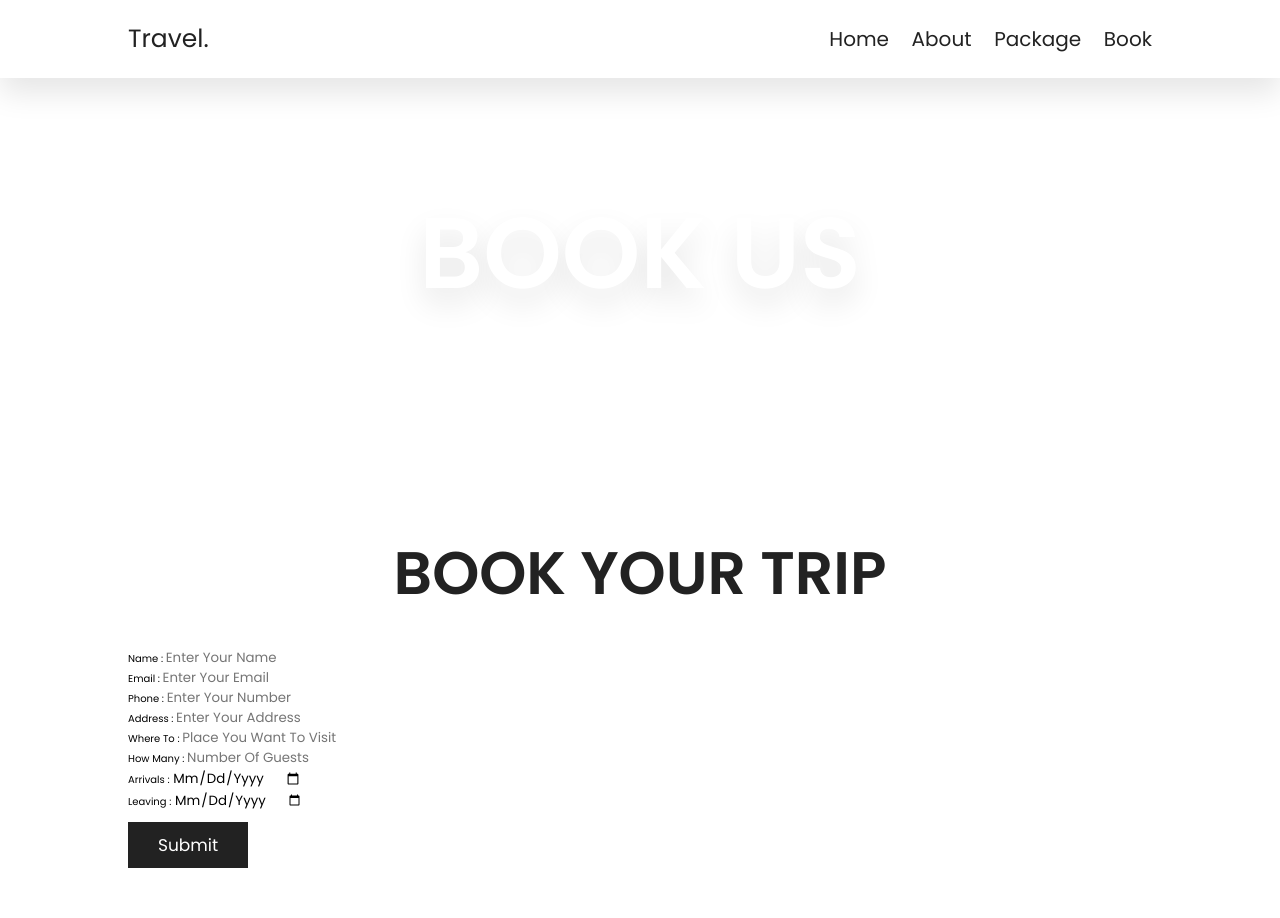
Repository: CTCuong/Traveloka-Web
Page: assets/book.html
An editor plug-in stored every save of this project. The page is shown before and after the next save, followed by the edit.
The browser window is 1280 px wide. The pictures show the part of the page from y = 0 to 918 px (the page is 1564 px tall before and 1604 px after).
Pictures or frames that could not be fetched are drawn as grey boxes. Backgrounds fixed to the window are drawn as part of the page.

Above is the page before, as saved 2023-07-08 15:42:28.
Console error: TypeError: Cannot set properties of null (setting 'onclick')

### assets/book.html
<!DOCTYPE html>
<html lang="en">
<head>
    <meta charset="UTF-8">
    <meta name="viewport" content="width=device-width, initial-scale=1.0">
    <title>Book</title>
    <!--swiper css-->
    <link rel="stylesheet"href="https://cdn.jsdelivr.net/npm/swiper@9/swiper-bundle.min.css"/>
    <!--font awesome link-->
    <link rel="stylesheet" href="https://cdnjs.cloudflare.com/ajax/libs/font-awesome/6.4.0/css/all.min.css">
    <!-- css file link -->
    <link rel="stylesheet" href="/assets/css/style.css">
</head>
<body>
    <!-- header section starts -->
    <section class="header">
        <a href="home.html" class="logo">travel.</a>

        <nav class="navbar">
            <a href="home.html">Home</a>
            <a href="about.html">About</a>
            <a href="package.html">Package</a>
            <a href="book.html">Book</a>

        </nav>

        <div id="menu-btn" class="fas fa-bars"></div>
    </section>
    <!-- header section ends -->

    <div class="heading" style="background: url() no-repeat;">
        <h1>book us</h1>
    </div>

    <!--book section starts-->

    <section class="booking">

        <h1 class="heading-title">book your trip</h1>

        <form action="book_form.html" method="post" class="book-form">

            <div class="flex">
                <div class="inputBox">
                    <span>name :</span>
                    <input type="text" placeholder="enter your name" name="name">
                </div>
            </div>

            <div class="inputBox">
                <span>email :</span>
                <input type="email" placeholder="enter your email" name="email">
            </div>

            <div class="inputBox">
                <span>phone :</span>
                <input type="number" placeholder="enter your number" name="number">
            </div>

            <div class="inputBox">
                <span>address :</span>
                <input type="text" placeholder="enter your address" name="address">
            </div>

            <div class="inputBox">
                <span>where to :</span>
                <input type="text" placeholder="place you want to visit" name="location">
            </div>

            <div class="inputBox">
                <span>how many :</span>
                <input type="number" placeholder="number of guests" name="guests">
            </div>

            <div class="inputBox">
                <span>arrivals :</span>
                <input type="date" name="arrivals">
            </div>

            <div class="inputBox">
                <span>leaving :</span>
                <input type="date" name="leaving">
            </div>

            <input type="submit" value="submit" class="btn" name ="send">
        </form>
    </section>
    <!--book section ends-->


    <!-- footer section starts -->

    <section class="footer">
        <div class="box-container">

            <div class="box">
                <h3>quick links</h3>
                <a href="home.html"><i class="fas fa-angle-right"></i>Home</a>
                <a href="about.html"><i class="fas fa-angle-right"></i>About</a>
                <a href="package.html"><i class="fas fa-angle-right"></i>Package</a>
                <a href="book.html"><i class="fas fa-angle-right"></i>Book</a>
            </div>

            <div class="box">
                <h3>extra links</h3>
                <a href="#"><i class="fas fa-angle-right"></i> ask question</a>
                <a href="#"><i class="fas fa-angle-right"></i> about us</a>
                <a href="#"><i class="fas fa-angle-right"></i> privacy policy</a>
                <a href="#"><i class="fas fa-angle-right"></i> terms of use</a>
            </div>

            <div class="box">
                <h3>contract info</h3>
                <a href="#"><i class="fas fa-phone"></i> +84 098-326-789 </a>
                <a href="#"><i class="fas fa-phone"></i> +84 023-908-7865 </a>
                <a href="#"><i class="fas fa-envelope"></i> travekhanas@gmail.com </a>
                <a href="#"><i class="fas fa-map"></i> HaNoi, VietNam   </a>
            </div>

            <div class="box">
                <h3>follow us</h3>
                <a href="#"><i class="fab fa-facebook"></i> facebook </a>
                <a href="#"><i class="fab fa-twitter"></i> twitter </a>
                <a href="#"><i class="fab fa-instagram"></i> instagram </a>
                <a href="#"><i class="fab fa-telegram"></i> telegram </a>
            </div>

        </div>

        <div class="credit"> created by <span>mr. Cao Tran Cuong</span> | all rights reserved! </div>
    </section>
    <!-- footer section ends -->

    <!--swiper js-->
    <script src="https://cdn.jsdelivr.net/npm/swiper@9/swiper-bundle.min.js"></script>
    <!-- js file link -->
    <script src="/assets/js/scrip.js"></script>
</body>
</html>

### assets/css/style.css
@import url('https://fonts.googleapis.com/css2?family=Poppins:ital,wght@0,100;0,200;0,300;0,400;0,500;0,600;1,100;1,200;1,300;1,400;1,500;1,600&display=swap');

:root {
    --main-color:#6A5AF9;
    --black:#222;
    --white: #fff;
    --light-black:#777;
    --light-white:#fff9;
    --drak-bg:rgba(0,0,0,.7);
    --light-bg:#eee;
    --border: .1rem solid #222;
    --text-shadow:0 1.5rem 3rem rgba(0,0,0,.3);
    --box-shadow:0 1.5rem 3rem rgba(0,0,0,.1);
}
* {
    font-family: 'Poppins', sans-serif;
    margin: 0; padding: 0;
    outline: none;border: none;
    box-sizing: border-box;
    text-decoration: none;
    text-transform: capitalize;

}

html {
    font-size: 62.5%;
    overflow-x: hidden;
}

html::-webkit-scrollbar {
    width : 1rem;
}

html::-webkit-scrollbar-track {
    background-color: var(--white);
}

html::-webkit-scrollbar-thumb {
    background-color: var(--main-color);
}
section {
    padding: 5rem 10%;
}
.header {
    position: sticky;
    top:0; left: 0; right: 0;
    z-index: 1000;
    background-color: var(--white);
    display: flex;
    padding-top: 2rem;
    padding-bottom: 2rem;
    box-shadow: var(--box-shadow);
    align-items: center;
    justify-content:space-between;
}

.header .logo {
    font-size: 2.5rem;
    color: var(--black);
}

.header .navbar a {
    font-size: 2rem;
    margin-left: 2rem;
    color: var(--black);
}

#menu-btn {
    font-size: 2.5rem;
    color: var(--black);
    cursor: pointer;
    display: none;
}

.home {
    padding: 0;
}

.home .slide {
    text-align: center;
    padding: 2rem;
    display: flex;
    align-items: center;
    justify-content: center;
    background-size: cover !important;
    background-position: center !important;
    min-height: 60rem;
}

.home .slide .content {
    width: 85rem;
    display: none;
}

.home .swiper-slide-active .content {
    display: inline-block;
}

.home .slide .content span {
    display: block;
    font-size: 2.2rem;
    color: var(--light-white);
    padding-bottom: 1rem;
    animation:fadeIn .4s linear backwards .2s;
}

.home .slide .content h3 {
    font-size: 6vw;
    color: var(--white);
    text-transform: uppercase;
    line-height: 1;
    text-shadow: var(--text-shadow);
    padding: 1rem 0;
    animation:fadeIn .4s linear backwards .4s;
}

.home .slide .content .btn {
    animation:fadeIn .4s linear backwards .6s;
}


@keyframes fadeIn {
    0% {
        transform: scale(0);
        opacity: 0;
    }
}


.heading {
    background-size: cover !important;
    background-position: center !important;
    padding-top: 10rem;
    padding-bottom: 15rem;
    display: flex;
    align-items: center;
    justify-content: center;
}

.heading h1 {
    font-size: 10rem;
    text-transform: uppercase;
    color: var(--white);
    text-shadow: var(--box-shadow);
}

.about {
    display: flex;
    align-items: center;
    flex-wrap: wrap;
    gap:3rem;
}

.about .image {
    flex: 1 1 41rem;
}

.about .image img {
    width: 100%;
}

.about .content {
    flex: 1 1 41rem;
    text-align: center;
}

.about .content h3 {
    font-size: 3rem;
    color: var(--black);
}

.about .content p {
    font-size: 1.5rem;
    color: var(--light-black);
    line-height: 2;
    padding: 1rem 0;
}

.about .content .icons-container {
    margin-top: 2rem;
    display: flex;
    flex-wrap: wrap;
    gap :1.5rem;
    align-items: flex-end;
}

.about .content .icons-container .icons {
    background: var(--light-bg);
    padding: 2rem;
    flex: 1 1  10rem;
}

.about .content .icons-container .icons i {
    font-size: 4rem;
    margin-top: 2rem;
    color:  var(--main-color);
}

.about .content .icons-container .icons span {
    font-size: 1.5rem;
    color: var(--light-black);
    display: block;
}

.reviews {
    background: var(--light-bg);
}

.reviews .slide {
    padding: 2rem;
    border: var(--border);
    background: var(--white);
    text-align: center;
    box-shadow: var(--box-shadow);
    user-select: none;
}

.reviews .slide .stars i {
    font-size: 1.7rem;
    color: var(--main-color);
}

.reviews .slide p {
    font-size: 1.5rem;
    color: var(--light-black);
    line-height: 2;
    padding: 1rem 0;
}

.reviews .slide h3 {
    font-size: 2rem;
    color: var(--black);
}

.reviews .slide span {
    font-size: 1.5rem;
    color: var(--main-color);
    display: block;
}

.reviews .slide img {
    height: 7rem;
    width: 7rem;
    border-radius: 50%;
    object-fit: cover;
    margin-top: 1rem;
}

.reviews .slide .stars {
    padding-bottom: .5rem;
}




.btn {
    display: inline-block;
    background: var(--black);
    margin-top: 1rem;
    color: var(--white);
    font-size: 1.7rem;
    padding: 1rem 3rem;
    cursor: pointer;

}

.btn:hover {
    background: var(--main-color);
}

.home-about {
    display: flex;
    align-items: center;
    flex-wrap: wrap;
}

.home-about .image {
    flex: 1 1 41rem;
}

.home-about .image img {
    width: 100%;

}

.home-about .content {
    flex: 1 1 41rem;
    padding: 3rem;
    background: var(--light-bg);
}

.home-about .content h3 {
    font-size: 3rem;
    color: var(--black);
}

.home-about .content p {
    font-size: 1.5rem;
    padding: 1rem;
    line-height:2 ;
    color: var(--black);
}

.home-packages {
    background: var(--light-bg);
}

.home-packages .box-container .box {
    border: var(--border);
    box-shadow: var(--box-shadow);
    background: var(--white);
}

.home-packages .box-container {
    display: grid;
    grid-template-columns: repeat(auto-fit, minmax(30rem, 1fr));
    gap : 2rem;
}

.home-packages .box-container .box .image {
    height: 25rem;
    overflow: hidden;
}

.home-packages .box-container .box .image img {
    height: 100%;
    width: 100%;
    object-fit: cover;
    transition: .2s linear;
}

.home-packages .box-container .box:hover .image img {
    transform: scale(1.1);

}

.home-packages .box-container .box .content {
    padding: 2rem;
    text-align: center;

}

.home-packages .box-container .box .content h3 {
    font-size: 2.5rem;
    color: var(--black);
}

.home-packages .box-container .box .content p {
    font-size: 1.5rem;
    color: var(--light-black);
    line-height: 2;
    padding: 1rem 0;
}

.home-packages .load-more {
    text-align: center;
    margin-top: 2rem;
}

.home-offer {
    text-align: center;
}

.home-offer .content {
    max-width: 50rem;
    margin: 0 auto;
}

.home-offer .content h3 {
    font-size: 3.5rem;
    text-transform: uppercase;
    color: var(--black);
}

.home-offer .content p {
    font-size: 1.5rem;
    color: var(--black);
    line-height: 2;
    padding: 1rem 0;
}


.services .box-container {
    display: grid;
    grid-template-columns: repeat(auto-fit, minmax(16rem, 1fr));
    gap : 1.5rem;
}

.services .box-container .box {
    padding: 3rem 2rem;
    text-align: center;
    background: var(--main-color);
    cursor: pointer;
}


.services .box-container .box:hover {
    background: var(--black) ;
}

.services .box-container .box h3 {
    color: var(--white);
    font-size: 1,7rem;
    padding-top: 1rem;
}

.services .box-container .box img {
    height: 7rem;
}

.heading-title {
    text-align: center;
    margin-bottom: 3rem;
    font-size: 6rem;
    text-transform: uppercase;
    color: var(--black);
}

.packages .box-container .box {
    border: var(--border);
    box-shadow: var(--box-shadow);
    background: var(--white);
    display: none;
}

.packages .box-container .box:nth-child(1),
.packages .box-container .box:nth-child(2),
.packages .box-container .box:nth-child(3),
.packages .box-container .box:nth-child(4),
.packages .box-container .box:nth-child(5),
.packages .box-container .box:nth-child(6){
    display: inline-block;
}

.packages .box-container {
    display: grid;
    grid-template-columns: repeat(auto-fit, minmax(30rem, 1fr));
    gap : 2rem;
}

.packages .box-container .box .image {
    height: 25rem;
    overflow: hidden;
}

.packages .box-container .box .image img {
    height: 100%;
    width: 100%;
    object-fit: cover;
    transition: .2s linear;
}

.packages .box-container .box:hover .image img {
    transform: scale(1.1);

}

.packages .box-container .box .content {
    padding: 2rem;
    text-align: center;

}

.packages .box-container .box .content h3 {
    font-size: 2.5rem;
    color: var(--black);
}

.packages .box-container .box .content p {
    font-size: 1.5rem;
    color: var(--light-black);
    line-height: 2;
    padding: 1rem 0;
}

.packages .load-more {
    text-align: center;
    margin-top: 2rem;
}




























.footer {
    background:url(/assets/image/Footer/low-angle-nature-night-time.jpg) no-repeat;
    background-size: cover;
    background-position: center;
    background-attachment: fixed;
}

.footer .box-container {
    display: grid;
    grid-template-columns: repeat(auto-fit, minmax(25rem, 1fr));
    gap : 3rem;
}

.footer .box-container .box h3{
    color: var(--white);
    font-size: 2.5rem;
    padding-bottom: 2rem;
}

.footer .box-container .box a {
    color: var(--light-white);
    font-size: 1.5rem;
    padding-bottom: 1.5rem;
    display: block;
}

.footer .box-container .box a i {
    color: var(--main-color);
    padding-right: .5rem;
    transition: .2s linear ;
}

.footer .box-container .box a:hover i {
    padding-right: 2rem;
}

.footer .credit {
    text-align: center;
    padding-top: 3.5rem;
    margin-top: 3rem;
    border-top: .1rem solid var(--light-bg);
    font-size: 2rem;
    color: var(--white);
}

.footer .credit span {
    color:var(--main-color);
}



/* media queries */
@media (max-width:1200px) {

    section {
        padding: 3rem 5%;
    }

}

@media (max-width:991px) {

    html {
        font-size: 55%;
    }

    section {
        padding: 3rem 2rem;
    }

    .home .slide .content h3 {
        font-size: 10vw;
    }
}

@media (max-width:768px) {
    #menu-btn {
         display: inline-block;
         transition: .2s linear;
    }

    #menu-btn.fa-times {
        transform: rotate(180deg);
    }

    .header .navbar {
        position: absolute;
        top:99%; left:0; right:0;
        background-color: var(--white);
        border-top: var(--border);
        padding: 2rem;
        transition: .2s linear;
        clip-path: polygon(0 0, 100% 0, 100% 0, 0 0);
    }

    .header .navbar.active {
        clip-path: polygon(0 0, 100% 0, 100% 100%, 0 100%);
    }

    .header .navbar a {
        display:block;
        margin: 2rem;
        text-align: center ;
    }

}
@media (max-width:450px) {

    html {
        font-size: 50%;
    }

    .heading-title {
        font-size: 3.5rem;
    }

}

### assets/js/scrip.js
let menu = document.querySelector('#menu-btn');
let navbar = document.querySelector('.header .navbar');

menu.onclick = () =>{
    menu.classList.toggle('fa-times');
    navbar.classList.toggle('active');
};

window.onscroll = () => {
    menu.classList.remove('fa-times')
    navbar.classList.remove('active')

};

var swiper = new Swiper(".home-slider", {
  loop:true,
  navigation: {
    nextEl: ".swiper-button-next",
    prevEl: ".swiper-button-prev",
  },
});



var swiper = new Swiper(".reviews-slider", {
  slidesPerView: 3,
  spaceBetween:30,
  slidesPerGroup:3,
  loop:true,
  loopFillGroupWithBlank: true,
  pagination: {
    el:".swiper-pagination",
    clickable:true,
  },
  navigation: {
    nextEl:".swiper-button-next",
    prevEl:".swiper-button-prev",
  },
});

let loadMoreBtn = document.querySelector('.packages .load-more .btn');
let currentItem = 3;

loadMoreBtn.onclick = () =>{
  let boxes = [...document.querySelectorAll('.packages .box-container .box')];
  for (var i = currentItem; i < currentItem + 3; i ++){
    boxes[i].style.display = 'inline-block';
  };
  currentItem +=3;
  if(currentItem >=boxes.length){
    loadMoreBtn.style.display = 'none';
  }
}

After the next save:
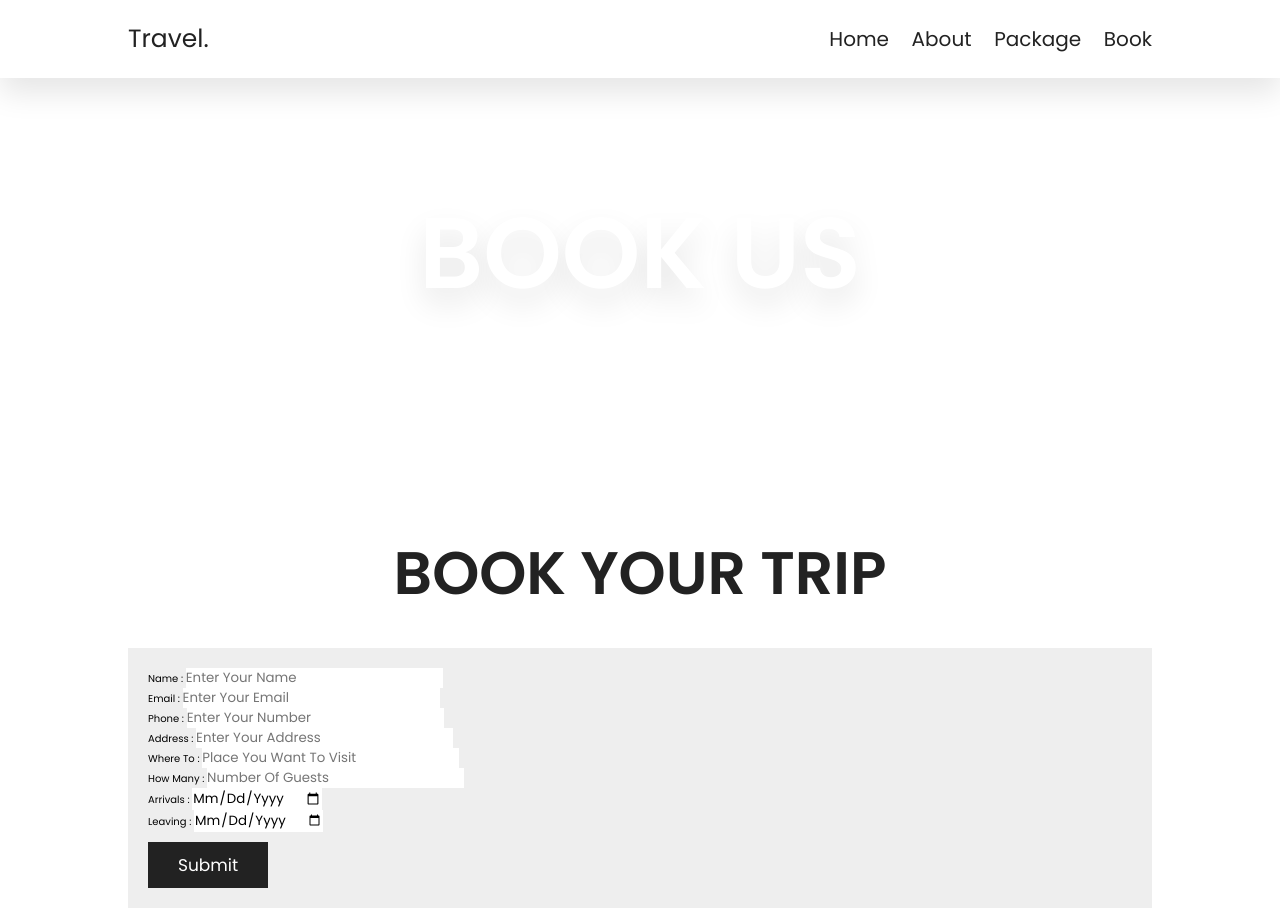
Saved 62 s later.
--- a/assets/css/style.css
+++ b/assets/css/style.css
@@ -478,6 +478,11 @@ section {
     margin-top: 2rem;
 }
 
+.booking .book-form {
+    padding: 2rem;
+    background: var(--light-bg);
+}
+
 
 
 
